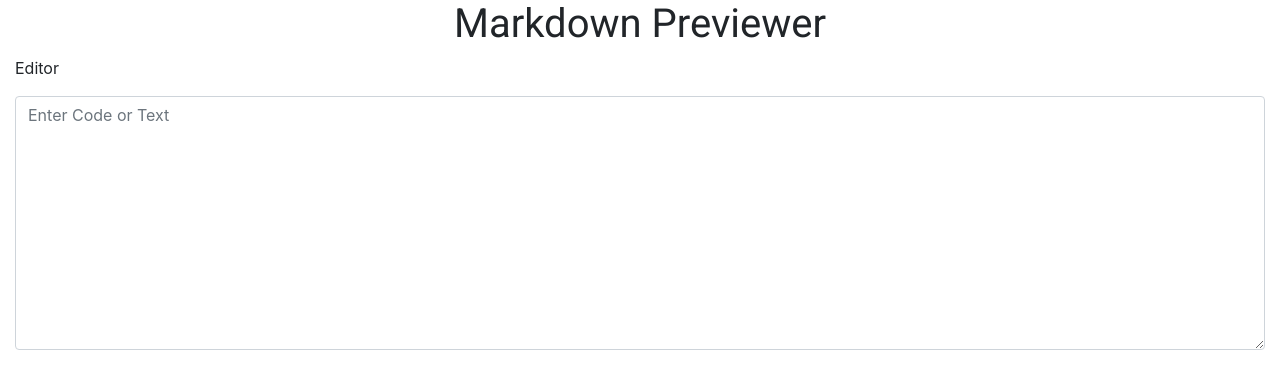
Repository: derektypist/markdown-previewer
Page: index.html
The author's editor kept a record of every edit. The page is drawn from the files as they stood at one moment, then again after the next edit.
The browser window is 1280 px wide. The pictures show the whole page.

Above is the page before.

After the next edit:
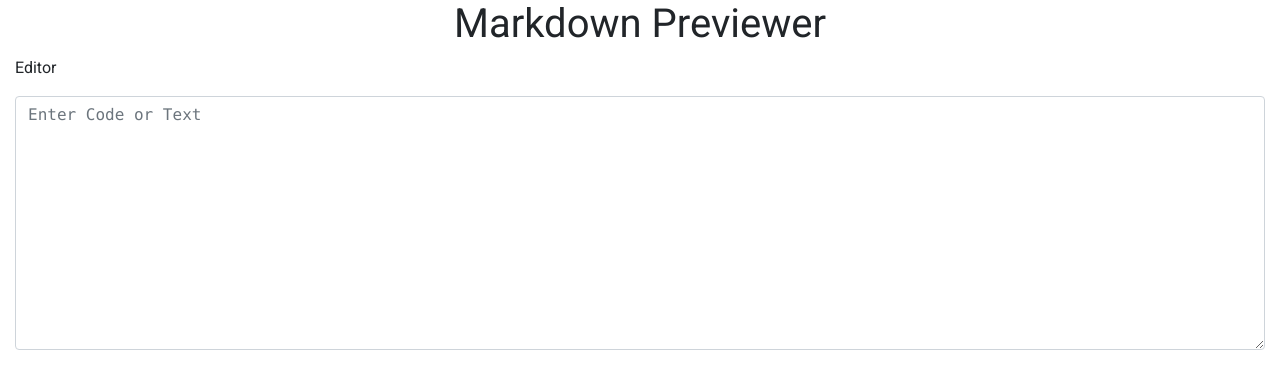
The edit:
--- a/index.html
+++ b/index.html
@@ -1,5 +1,6 @@
 <!DOCTYPE html>
 <html lang="en">
+
 <head>
     <meta charset="UTF-8">
     <meta name="viewport" content="width=device-width, initial-scale=1.0">
@@ -9,19 +10,25 @@
     <link rel="stylesheet" href="https://maxcdn.bootstrapcdn.com/bootstrap/4.4.1/css/bootstrap.min.css" integrity="sha384-Vkoo8x4CGsO3+Hhxv8T/Q5PaXtkKtu6ug5TOeNV6gBiFeWPGFN9MuhOf23Q9Ifjh" crossorigin="anonymous">
     <link href="https://fonts.googleapis.com/css?family=Roboto&display=swap" rel="stylesheet">
     <style>
+        /* Heading H1 */
 
-    /* Heading H1 */
         h1 {
             font-family: "Roboto", Arial, Verdana, sans-serif;
             text-align: center;
         }
 
-    /* Editor */
-    #editor {
-        font-family: "Consolas", ;
-    }
+        /* Editor */
+
+        p {
+            font-family: "Roboto", Arial, Verdana, sans-serif;
+        }
+
+        #editor {
+            font-family: "Consolas", monospace;
+        }
     </style>
 </head>
+
 <body>
     <!-- Set Up Heading -->
     <header class="container-fluid">
@@ -40,4 +47,5 @@
         </article>
     </section>
 </body>
+
 </html>
